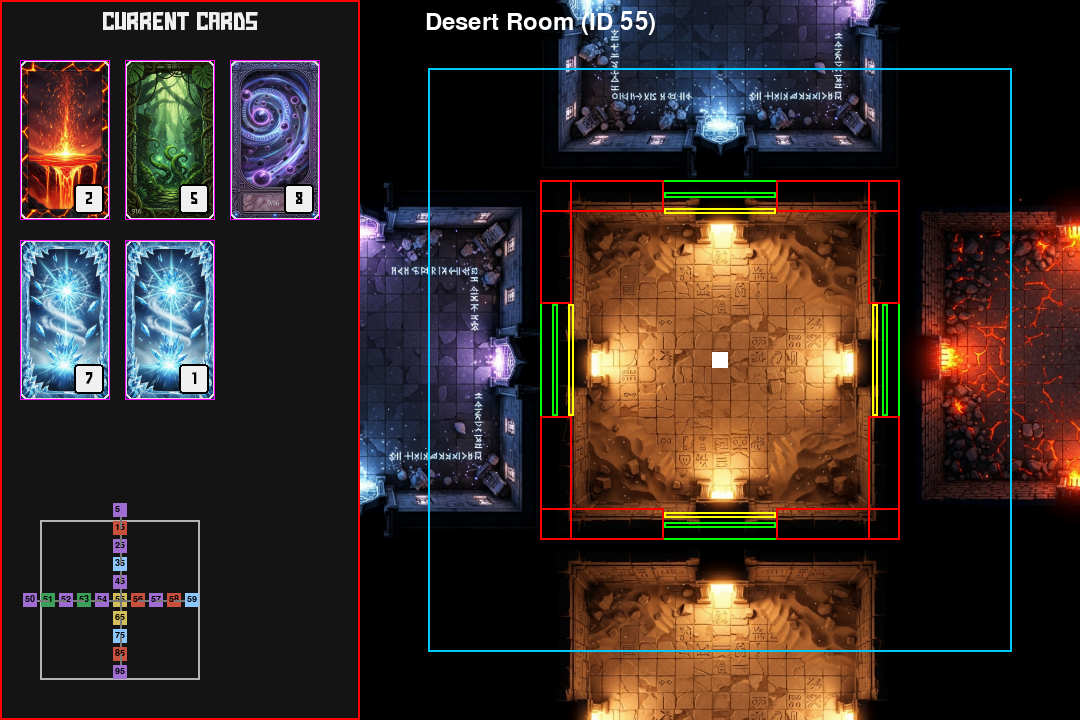
Repository: MehediMim/GateBound
Script's output: python main.py
These files come from the project's save history. The script's output is drawn as it stood at one moment and after the next save; the edit follows.
The window is shown after at most 60 frames with no key pressed. Random numbers start from a fixed seed. It also reads assets/bg_arcane.png, assets/bg_desert.png, assets/bg_ice.png, assets/bg_jungle.png, assets/bg_volcanic.png, assets/card_arcane.jpeg, assets/card_desert.jpeg, assets/card_ice.jpeg, assets/card_jungle.jpeg, assets/card_volcanic.jpeg, assets/retro.ttf.

Above is the script's output before, as saved 2026-01-26 19:52:53.

After the next save:
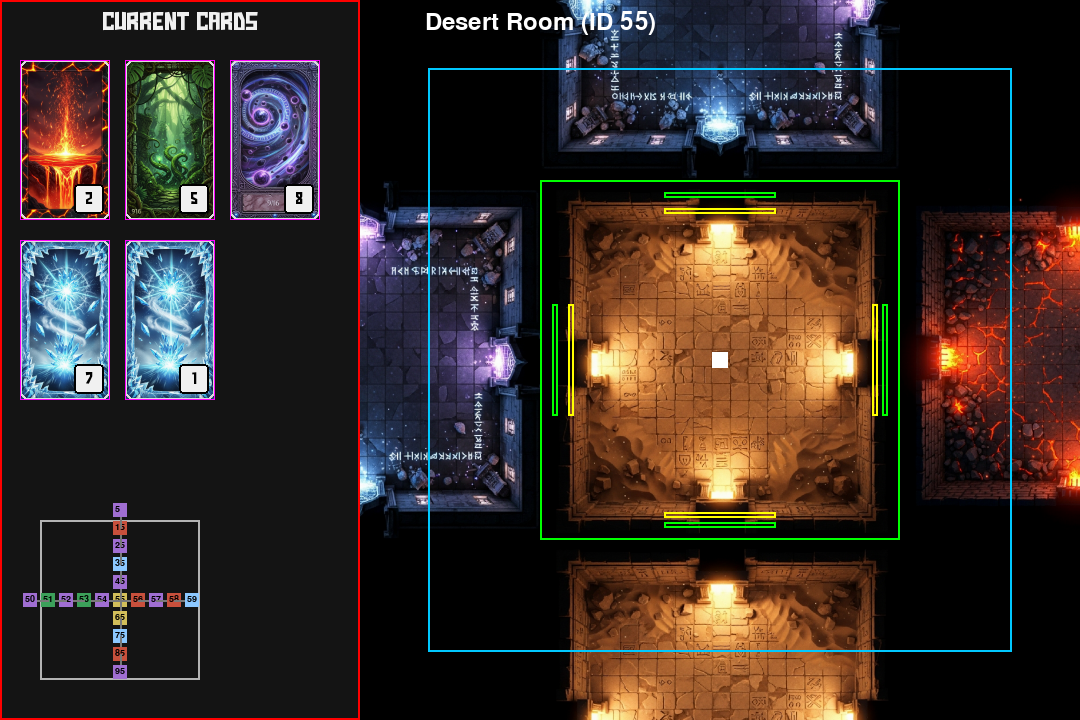
Saved 11 s later.
--- a/main.py
+++ b/main.py
@@ -365,9 +365,6 @@
     # Main room
     pygame.draw.rect(screen, (0, 255, 0), ROOM_RECT, 2)
 
-    # Doors
-    for w in get_blocking_walls():
-        pygame.draw.rect(screen, (255, 0, 0), w, 2)
 
     for g in FREE_GATES.values():
         pygame.draw.rect(screen, (0, 255, 0), g, 2)   # first = free

After the save that followed:
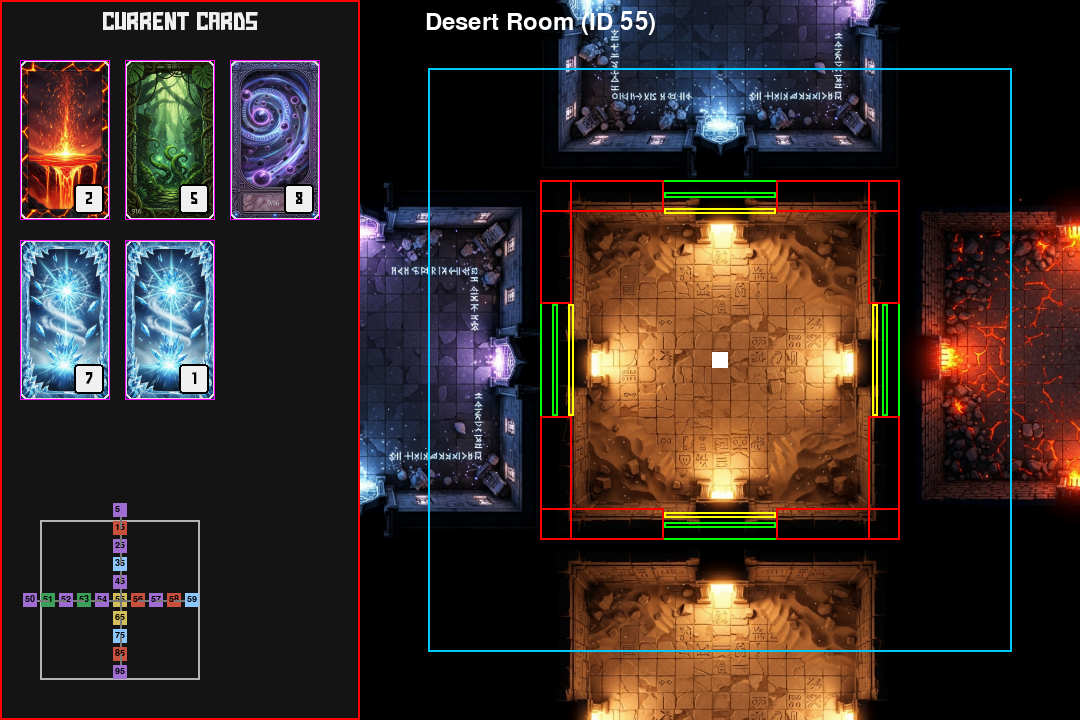
Saved 8 s later.
--- a/main.py
+++ b/main.py
@@ -365,6 +365,9 @@
     # Main room
     pygame.draw.rect(screen, (0, 255, 0), ROOM_RECT, 2)
 
+    # Doors
+    for w in get_blocking_walls():
+        pygame.draw.rect(screen, (255, 0, 0), w, 2)
 
     for g in FREE_GATES.values():
         pygame.draw.rect(screen, (0, 255, 0), g, 2)   # first = free
